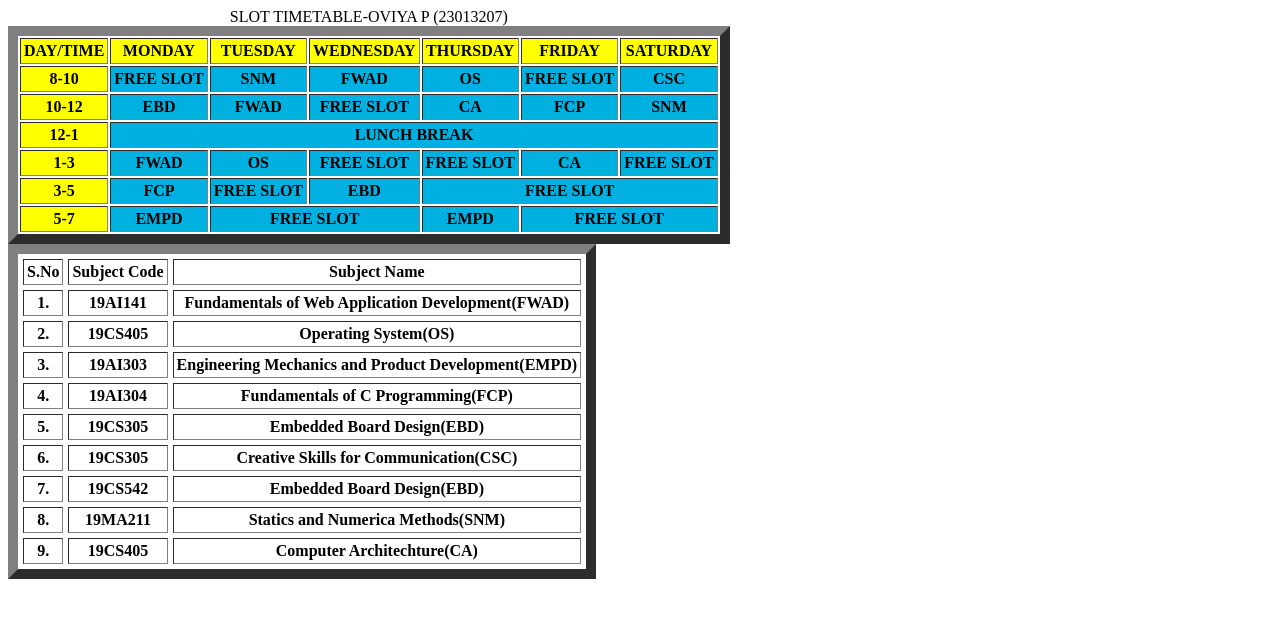
Repository: Oviya24032K6/slot
Page: oviya/static/time.html
These files come from the project's save history. The page is drawn as it stood at one moment and after the next save; the edit follows.
The browser window is 1280 px wide. The pictures show the whole page.

Above is the page before, as saved 2024-03-13 21:04:08.

### oviya/static/time.html
<html>
    <head>
        <title>SLOT TIMETABLE-OVIYA P (23013207)</title>
    </head>
    <body bgcolor="white" align="center" >
    <table align="left" border="10" cellspacing="2" cellpadding="3">
    <caption>SLOT TIMETABLE-OVIYA P (23013207)</caption>
        <tr>
            <th bgcolor="yellow">DAY/TIME</th>
            <th bgcolor="yellow">MONDAY</th>
            <th bgcolor="yellow">TUESDAY</th>
            <th bgcolor="yellow">WEDNESDAY</th>
            <th bgcolor="yellow">THURSDAY</th>
            <th bgcolor="yellow">FRIDAY</th>
            <th bgcolor="yellow">SATURDAY</th>
        </tr>
        <tr>
            <th bgcolor="yellow">8-10</th>
            <th bgcolor="sky blue">FREE SLOT</th>
            <th bgcolor="sky blue">SNM</th>
            <th bgcolor="sky blue">FWAD</th>
            <th bgcolor="sky blue">OS</th>
            <th bgcolor="sky blue">FREE SLOT</th>
            <th bgcolor="sky blue">CSC</th>
        </tr>
        <tr>
            <th bgcolor="yellow">10-12</th>
            <th bgcolor="sky blue">EBD</th>
            <th bgcolor="sky blue">FWAD</th>
            <th bgcolor="sky blue">FREE SLOT</th>
            <th bgcolor="sky blue">CA</th>
            <th bgcolor="sky blue">FCP</th>
            <th bgcolor="sky blue">SNM</th>
        </tr>
        <tr>
            <th bgcolor="yellow">12-1</th>
            <th bgcolor="sky blue" colspan="6">LUNCH BREAK</th>
        </tr>
        <tr>
            <th bgcolor="yellow">1-3</th>
            <th bgcolor="sky blue">FWAD</th>
            <th bgcolor="sky blue">OS</th>
            <th bgcolor="sky blue">FREE SLOT</th>
            <th bgcolor="sky blue">FREE SLOT</th>
            <th bgcolor="sky blue">CA</th>
            <th bgcolor="sky blue">FREE SLOT</th>
        </tr>
        <tr>
            <th bgcolor="yellow">3-5</th>
            <th bgcolor="sky blue">FCP</th>
            <th bgcolor="sky blue">FREE SLOT</th>
            <th bgcolor="sky blue">EBD</th>
            <th bgcolor="sky blue" colspan="4">FREE SLOT</th>
        </tr>
        <tr>
            <th bgcolor="yellow">5-7</th>
            <th bgcolor="sky blue" >EMPD</th>
            <th bgcolor="sky blue" colspan="2">FREE SLOT</th>
            <th bgcolor="sky blue" >EMPD</th>
            <th bgcolor="sky blue" colspan="2">FREE SLOT</th>

        </tr>

    </table>
    <br>
    <br>
    <table align="left" border="10" cellspacing="5" cellpadding="3">
        <tr>
            <th>S.No</th>
            <th>Subject Code</th>
            <th>Subject Name</th>
        </tr>
        <tr>
            <th>1.</th>
            <th>19AI141</th>
            <th>Fundamentals of Web Application Development(FWAD)</th>
        </tr>
        <tr>
            <th>2.</th>
            <th>19CS405</th>
            <th>Operating System(OS)</th>
        </tr>
        <tr>
            <th>3.</th>
            <th>19AI303</th>
            <th>Engineering Mechanics and Product Development(EMPD)</th>
        </tr>
        <tr>
            <th>4.</th>
            <th>19AI304</th>
            <th>Fundamentals of C Programming(FCP)</th>
        </tr>
        <tr>
            <th>5.</th>
            <th>19CS305</th>
            <th>Embedded Board Design(EBD)</th>
        </tr>
        <tr>
            <th>6.</th>
            <th>19CS305</th>
            <th>Creative Skills for Communication(CSC)</th>
        </tr>
        <tr>
            <th>7.</th>
            <th>19CS542</th>
            <th>Embedded Board Design(EBD)</th>
        </tr>
        <tr>
            <th>8.</th>
            <th>19MA211</th>
            <th>Statics and Numerica Methods(SNM)</th>
        </tr>
        <tr>
            <th>9.</th>
            <th>19CS405</th>
            <th>Computer Architechture(CA)</th>
        </tr>
    </table>
</body>
</html>
</html>

After the next save:
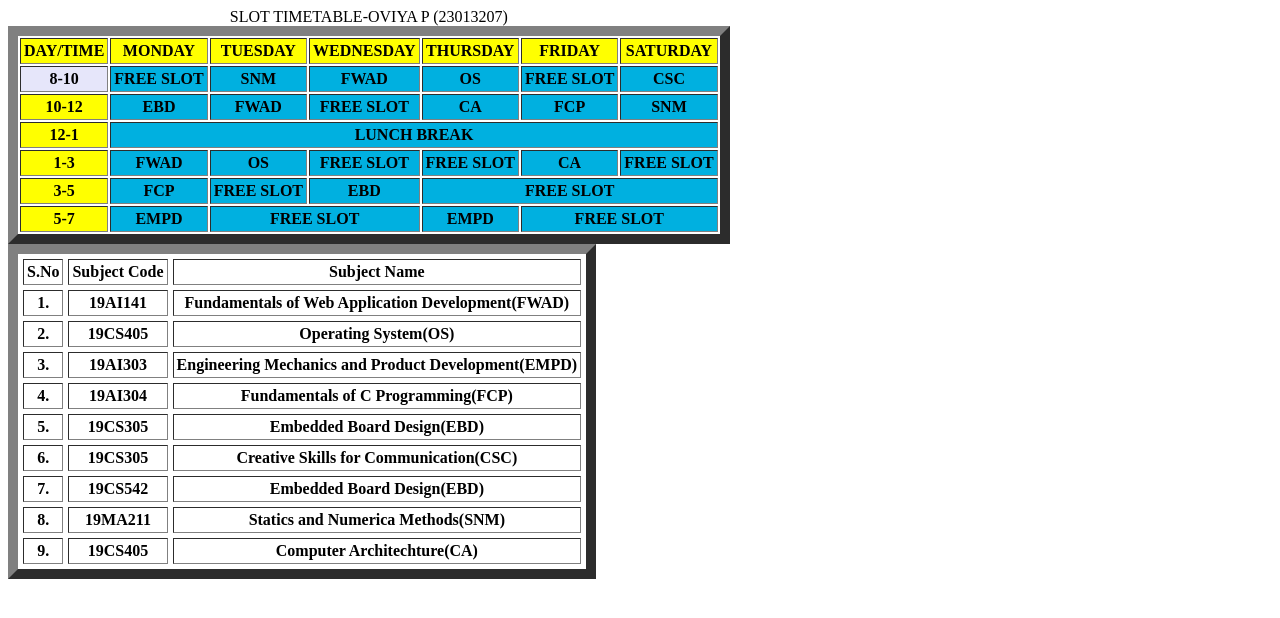
Saved 47 h 29 min later.
--- a/oviya/static/time.html
+++ b/oviya/static/time.html
@@ -15,7 +15,7 @@
             <th bgcolor="yellow">SATURDAY</th>
         </tr>
         <tr>
-            <th bgcolor="yellow">8-10</th>
+            <th bgcolor="lavender">8-10</th>
             <th bgcolor="sky blue">FREE SLOT</th>
             <th bgcolor="sky blue">SNM</th>
             <th bgcolor="sky blue">FWAD</th>
